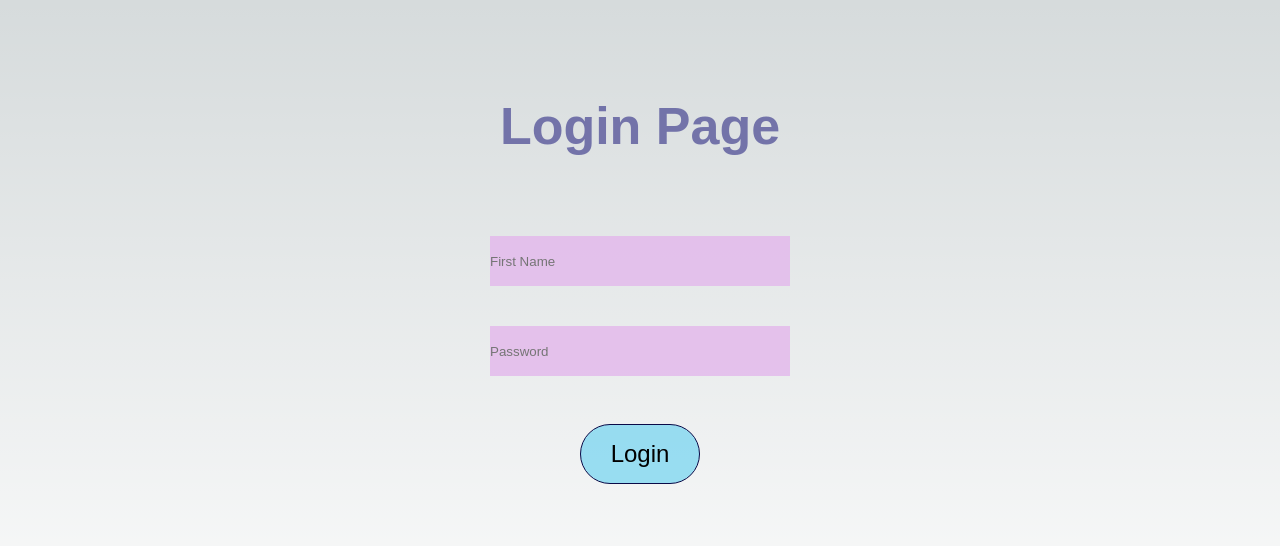
Repository: SaraShio/counter
Page: /
An editor plug-in stored every save of this project. The page is shown before and after the next save, followed by the edit.
The browser window is 1280 px wide. The pictures show the whole page.
The project was rebuilt for these pictures with package versions that can differ from the ones it lists, and the page was loaded fresh each time. The framework's server and built-in components were replaced by stand-ins that run in the browser. Also part of the build but not shown: next.config.js.

Above is the page before, as saved 2023-01-15 22:59:49.

### pages/index.js
import Head from 'next/head'
import Image from 'next/image'
import { Inter } from '@next/font/google'
import styles from '../styles/Home.module.css'
import { useEffect, useState } from 'react'
import { useRouter } from 'next/router'


const inter = Inter({ subsets: ['latin'] })

export default function Home() {

  const router = useRouter();

  const [formData, setFormData] = useState({
    firstName: '',
    password: '',
  })

  const CheckLogin = () => {
    console.log(formData.firstName);
    console.log(formData);

    if (formData.password !== null) {
      router.push({
        pathname: './counter',
        query: {
          password: formData.firstName
        }
      })
    }
  }


  return (
    <>
      <Head>
        <title>Create Next App</title>
        <meta name="description" content="Generated by create next app" />
        <meta name="viewport" content="width=device-width, initial-scale=1" />
        <link rel="icon" href="/favicon.ico" />
      </Head>
      <main className={styles.main}>
        <label className={styles.title}>Login Page</label>
        <input
          placeholder='First Name'
          type="text"
          id="first"
          name="first"
          //pattern="[A-Z]{1}[a-z]{2-10}"
          //title="The first letter should be uppercase"
          onChange={(e => setFormData({ ...formData, firstName: e.target.value }))}
        />

        <input
          placeholder='Password'
          type="text"
          id="password"
          name="password"
          //required
          //minLength="5"
          //maxLength="10"
          onChange={(e => setFormData({ ...formData, password: e.target.value }))}

        />


        <button className={styles.submit} type="submit" onClick={() => CheckLogin()}>Login</button>

      </main>
    </>
  )
}

### styles/globals.css
:root {
  --max-width: 1100px;
  --border-radius: 12px;
  --font-mono: ui-monospace, Menlo, Monaco, 'Cascadia Mono', 'Segoe UI Mono',
    'Roboto Mono', 'Oxygen Mono', 'Ubuntu Monospace', 'Source Code Pro',
    'Fira Mono', 'Droid Sans Mono', 'Courier New', monospace;

  --foreground-rgb: 0, 0, 0;
  --background-start-rgb: 214, 219, 220;
  --background-end-rgb: 255, 255, 255;
  --light-purple: #e3b8eccf;
  --purple: #874e93;
  --medium-purple: #6565a2e3;
  --dark-gray: #434346;
  --deep-blue: #0a0a47;
  --light-blue: #51ccf18c;
  --extra-large-header-font: 52px;
  --large-header-font: 40px;
  --medium-header-font: 32px;
  --small-header-font: 24px;
  --new-font: 'Raleway', sans-serif, 'Unbounded', cursive;
  --padding: 16px;


  --primary-glow: conic-gradient(from 180deg at 50% 50%,
      #16abff33 0deg,
      #0885ff33 55deg,
      #54d6ff33 120deg,
      #0071ff33 160deg,
      transparent 360deg);
  --secondary-glow: radial-gradient(rgba(255, 255, 255, 1),
      rgba(255, 255, 255, 0));

  --tile-start-rgb: 239, 245, 249;
  --tile-end-rgb: 228, 232, 233;
  --tile-border: conic-gradient(#00000080,
      #00000040,
      #00000030,
      #00000020,
      #00000010,
      #00000010,
      #00000080);

  --callout-rgb: 238, 240, 241;
  --callout-border-rgb: 172, 175, 176;
  --card-rgb: 180, 185, 188;
  --card-border-rgb: 131, 134, 135;
}

@media (prefers-color-scheme: dark) {
  :root {
    --foreground-rgb: 255, 255, 255;
    --background-start-rgb: 0, 0, 0;
    --background-end-rgb: 0, 0, 0;

    --primary-glow: radial-gradient(rgba(1, 65, 255, 0.4), rgba(1, 65, 255, 0));
    --secondary-glow: linear-gradient(to bottom right,
        rgba(1, 65, 255, 0),
        rgba(1, 65, 255, 0),
        rgba(1, 65, 255, 0.3));

    --tile-start-rgb: 2, 13, 46;
    --tile-end-rgb: 2, 5, 19;
    --tile-border: conic-gradient(#ffffff80,
        #ffffff40,
        #ffffff30,
        #ffffff20,
        #ffffff10,
        #ffffff10,
        #ffffff80);

    --callout-rgb: 20, 20, 20;
    --callout-border-rgb: 108, 108, 108;
    --card-rgb: 100, 100, 100;
    --card-border-rgb: 200, 200, 200;
  }
}

* {
  box-sizing: border-box;
  padding: 0;
  margin: 0;
}

html,
body {
  max-width: 100vw;
  overflow-x: hidden;
}

body {
  color: rgb(var(--foreground-rgb));
  background: linear-gradient(to bottom,
      transparent,
      rgb(var(--background-end-rgb))) rgb(var(--background-start-rgb));
}

a {
  color: inherit;
  text-decoration: none;
}

@media (prefers-color-scheme: dark) {
  html {
    color-scheme: dark;
  }
}

### styles/Home.module.css
.main {
  display: flex;
  flex-direction: column;
  align-items: center;
  padding: 6rem;
  min-height: 100vh;
  color: var(--medium-purple);
  font-size: var(--large-header-font);
  font-family: var(--new-font);
}

.title {
  font-size: var(--extra-large-header-font);
  font-weight: bold;
  margin-bottom: 60px;
}


.main>input {
  width: 300px;
  height: 50px;
  background-color: var(--light-purple);
  border: none;
  margin: 20px;
}



.submit {
  background-color: var(--light-blue);
  border: 0.5px solid var(--deep-blue);
  width: 120px;
  height: 60px;
  border-radius: 1000px;
  font-size: var(--small-header-font);
  font-family: var(--new-font);
  margin-top: 28px;
  padding: 4px;
}

Loaded but not shown: pages/_app.js (common file); pages/_document.js (common file)

After the next save:
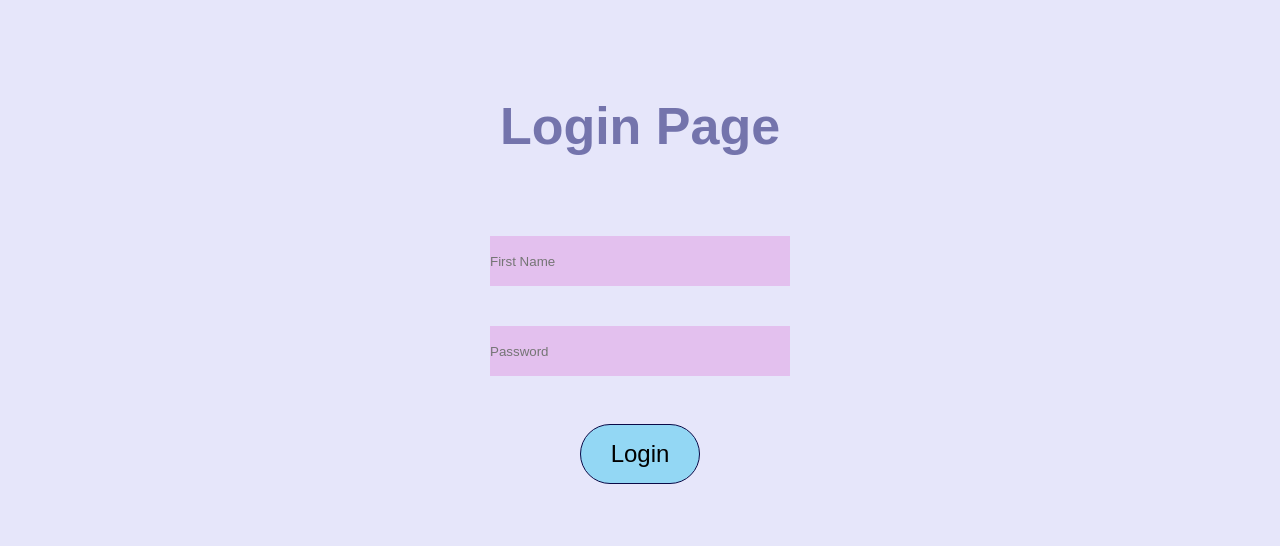
Saved 40 s later.
--- a/styles/Home.module.css
+++ b/styles/Home.module.css
@@ -6,6 +6,10 @@
   min-height: 100vh;
   color: var(--medium-purple);
   font-size: var(--large-header-font);
+  font-family: var(--new-font);
+  background-color: var(--);
+  background-color: lavender;
+  height: 100vh;
   font-family: var(--new-font);
 }
 

After the 2 saves that followed:
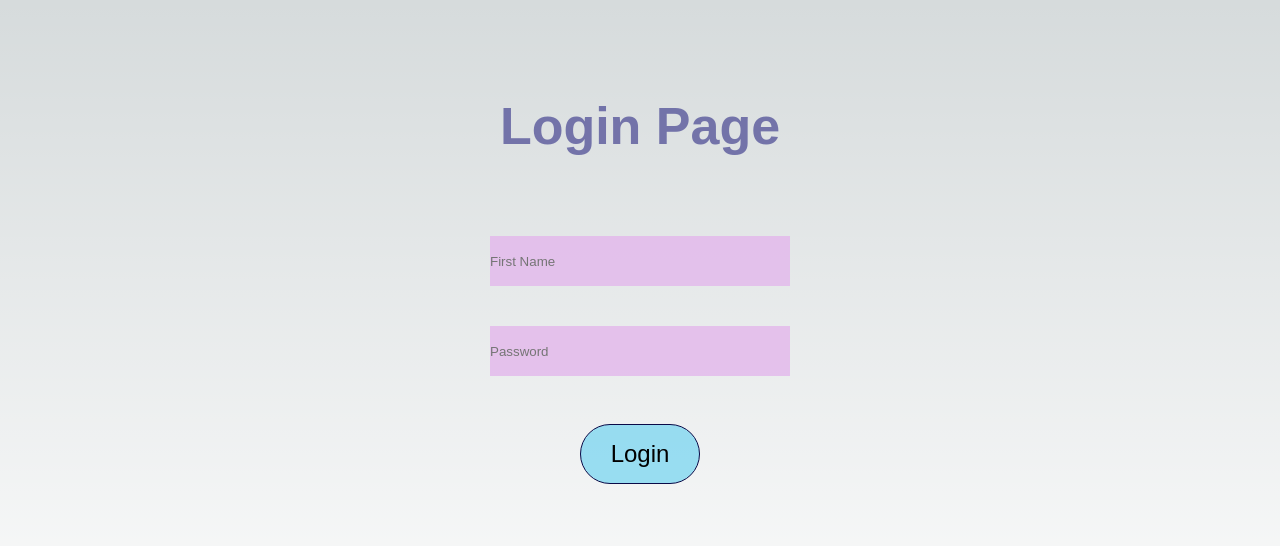
The 2 saves are shown as one change because 1 left the picture as it was.
The last was saved 37 s later.
--- a/styles/Home.module.css
+++ b/styles/Home.module.css
@@ -3,12 +3,10 @@
   flex-direction: column;
   align-items: center;
   padding: 6rem;
-  min-height: 100vh;
   color: var(--medium-purple);
   font-size: var(--large-header-font);
   font-family: var(--new-font);
-  background-color: var(--);
-  background-color: lavender;
+  background-color: var(--lavender);
   height: 100vh;
   font-family: var(--new-font);
 }
